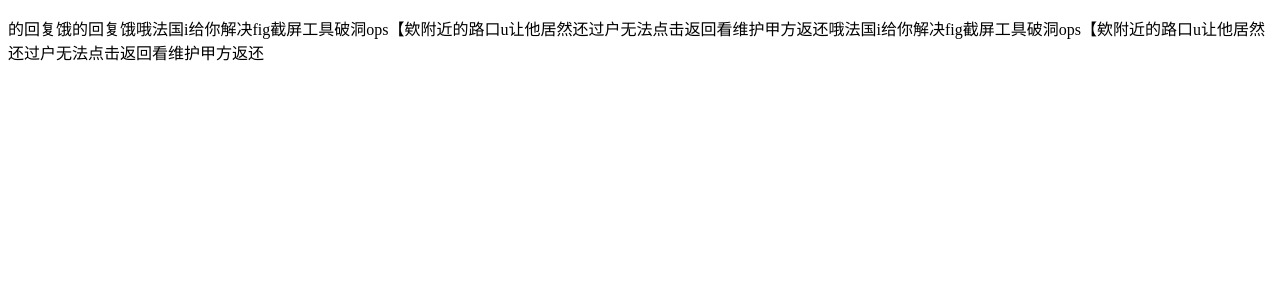
Repository: ljx1197678031/Wed-Design
Page: 01/5.html
An editor plug-in stored every save of this project. The page is shown before and after the next save, followed by the edit.
The browser window is 1280 px wide. The pictures show the whole page.

Above is the page before, as saved 2020-06-03 15:48:31.

After the next save:
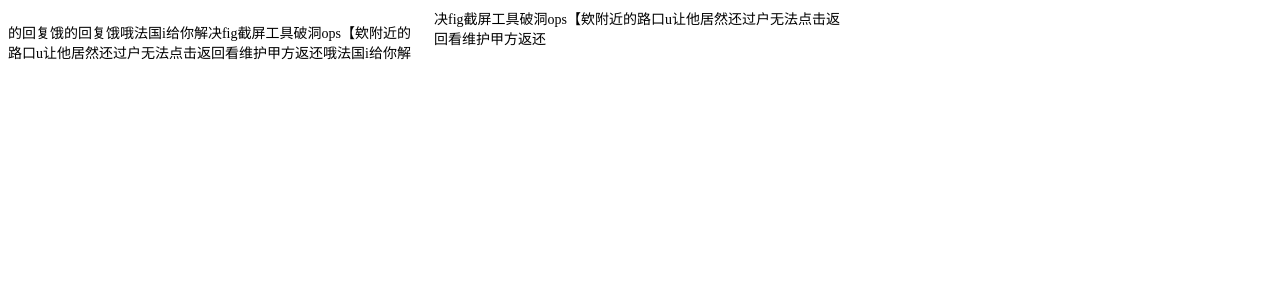
Saved 8 s later.
--- a/01/5.html
+++ b/01/5.html
@@ -6,7 +6,7 @@
     <title>Document</title>
 
     <style>
-        #contentt {
+        #content {
             font-size: 14px;
             columns: 150px 3;
             -webkit-columns: 120px 3;
